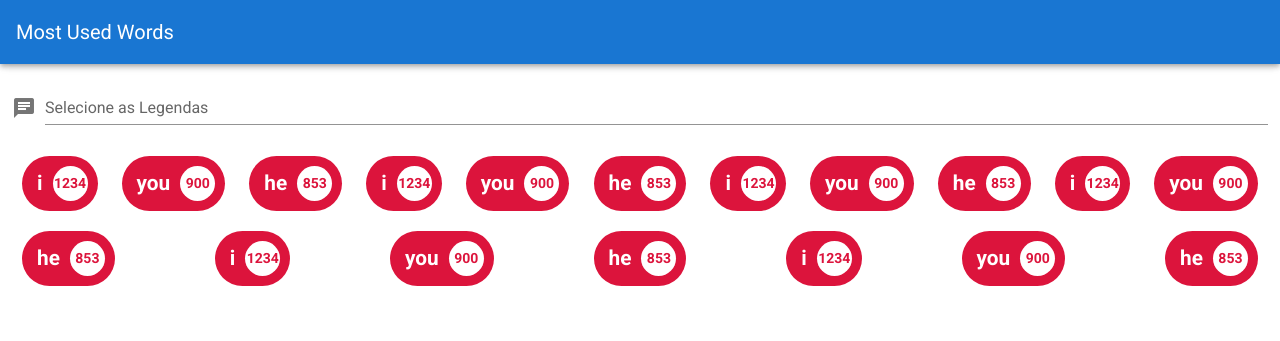
Repository: WillianPer/MOST-USED-WORDS
Page: /
The author's editor kept a copy of each file at every save. The page is drawn from the files as they stood at one save, then again after the next save.
The browser window is 1280 px wide. The pictures show the whole page.
The project was rebuilt for these pictures with package versions that can differ from the ones it lists, and the page was loaded fresh each time. Also part of the build but not shown: vue.config.js.

Above is the page before, as saved 2022-09-06 22:56:47.

After the next save:
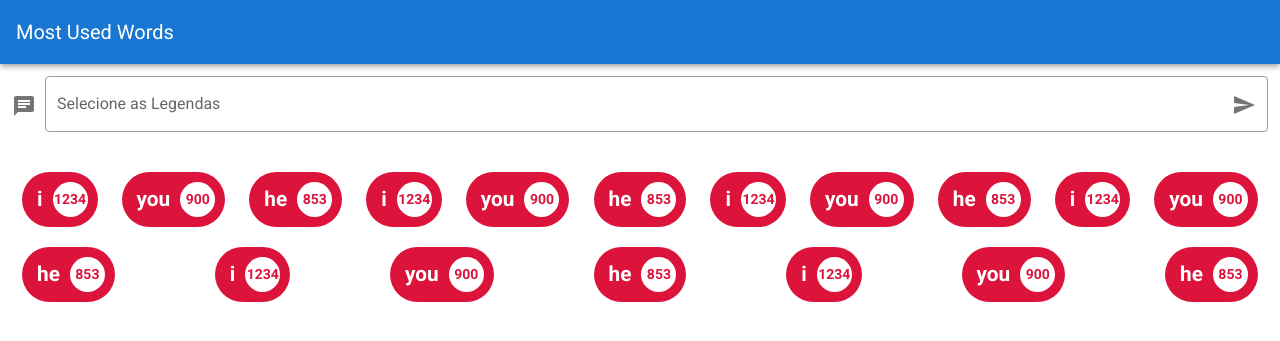
Saved 112 s later.
--- a/src/components/HomeVue.vue
+++ b/src/components/HomeVue.vue
@@ -5,6 +5,8 @@
             <v-file-input
                 label="Selecione as Legendas"
                 prepend-icon="mdi-message-text"
+                append-icon="mdi-send"
+                outlined
                 multiple
                 chips
                 v-model="files" />
